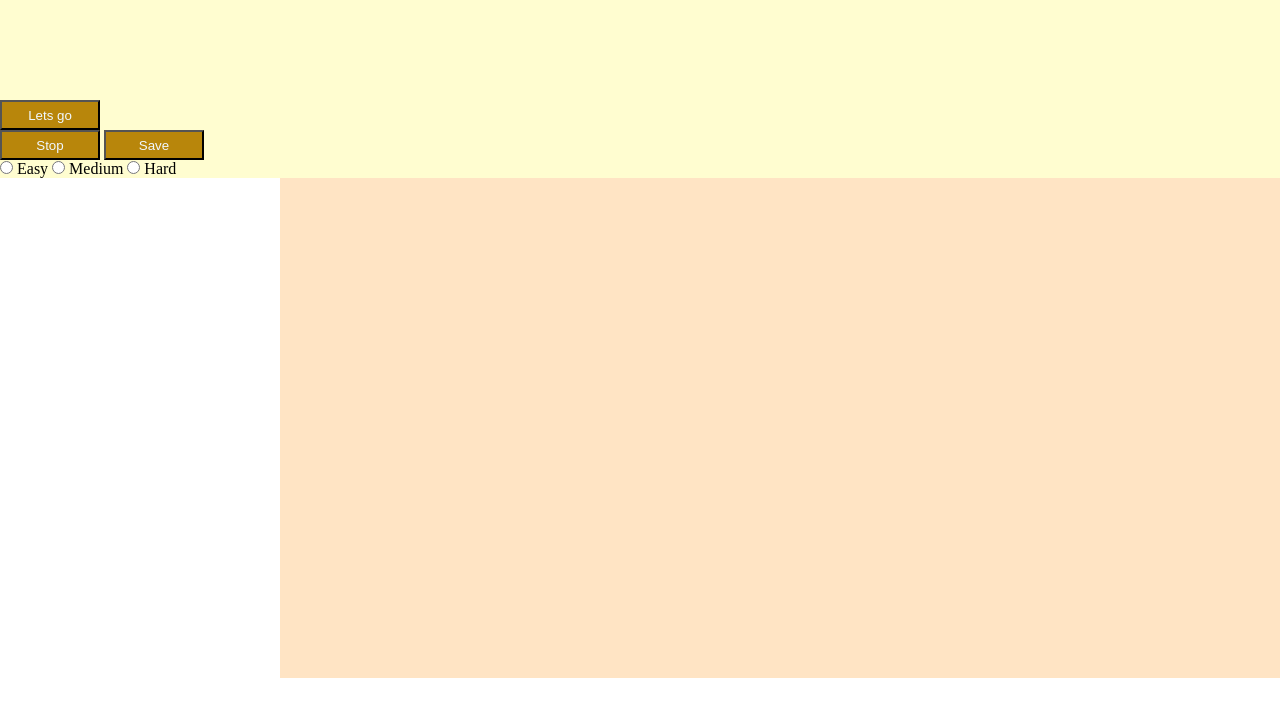
Repository: AytacSafarova/Bubble-game
Page: Bubble-game/index.html
The author's editor kept a copy of each file at every save. The page is drawn from the files as they stood at one save, then again after the next save.
The browser window is 1280 px wide. The pictures show the whole page.

Above is the page before, as saved 2022-09-06 01:43:25.

After the next save:
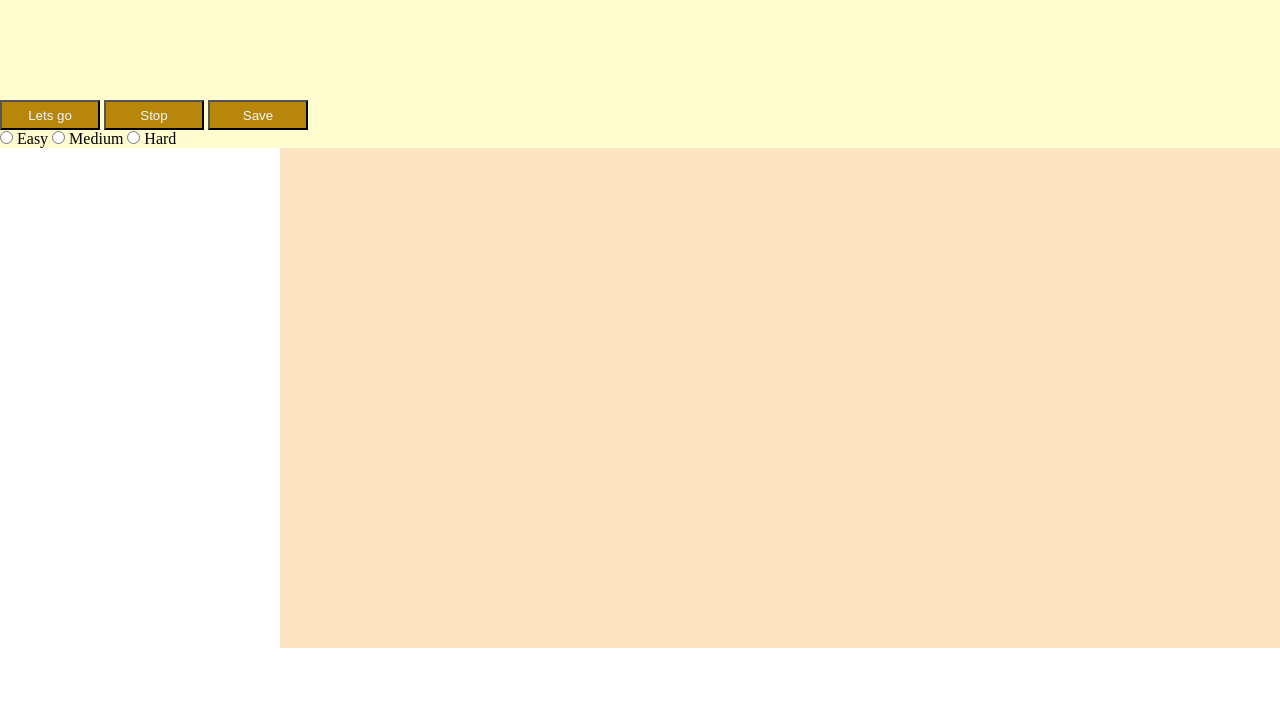
Saved 7 min 1 s later.
--- a/Bubble-game/index.html
+++ b/Bubble-game/index.html
@@ -11,7 +11,6 @@
     <div class="container">
 
     <button class="start">Lets go</button>
-<main>
     <button class="stop">Stop</button>
     <button class="save">Save</button>
     <div class="speed">
